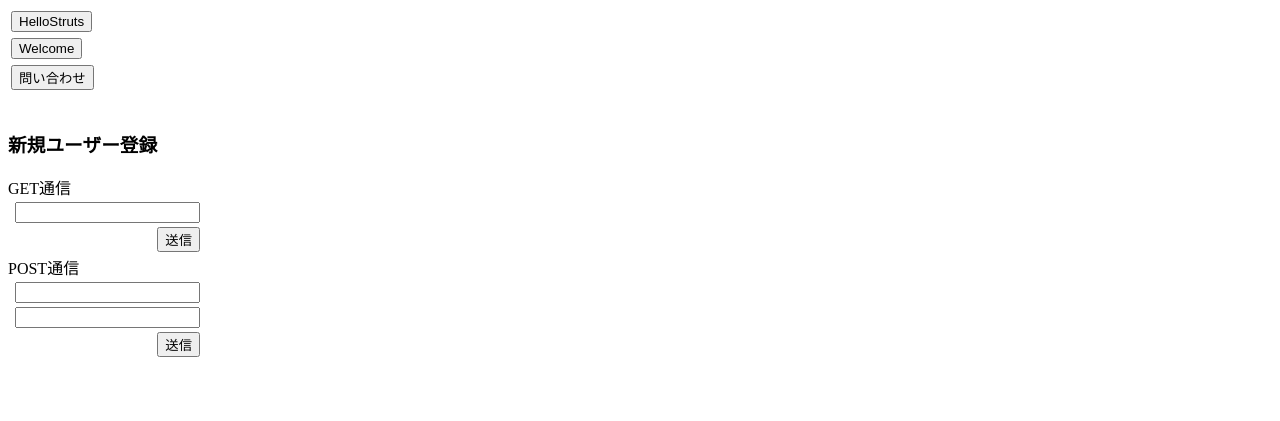
Repository: Wildbird-Yachou/test
Page: http://localhost/Webproj5/
These files come from the project's save history. The page is drawn as it stood at one moment and after the next save; the edit follows.
The browser window is 1280 px wide. The pictures show the whole page.
The page is served by Tomcat 9. Other server files are loaded and not shown.

Above is the page before, as saved 2018-08-17 11:39:41.

### Webproj5/WebContent/index.jsp
<%@ page language="java" contentType="text/html; charset=UTF-8"
    pageEncoding="UTF-8"%>
<%@ taglib prefix="s" uri="/struts-tags" %>
<!DOCTYPE html PUBLIC "-//W3C//DTD HTML 4.01 Transitional//EN" "http://www.w3.org/TR/html4/loose.dtd">
<html>
<head>
<meta http-equiv="Content-Type" content="text/html; charset=UTF-8">
<title>INDEX</title>
</head>
<body>
 <s:form action="HelloStrutsAction">
  <s:submit value="HelloStruts"/>
 </s:form>

 <s:form action="WelcomeAction">
 <s:submit value="Welcome"/>
 </s:form>

 <s:form action="InquiryAction">
  <s:submit value="問い合わせ"/>
  </s:form>

  <br>
  <h3>新規ユーザー登録</h3>
  GET通信
  <s:form method="get" action="TestAction">
  <s:textfield name="password"/>
  <s:submit value="送信"/>
  </s:form>
  POST通信
  <s:form method="post" action="TestAction">
  <s:textfield name="username"/>
  <s:password name="password"/>
  <s:submit value="送信"/>
  </s:form>


</body>
</html>

After the next save:
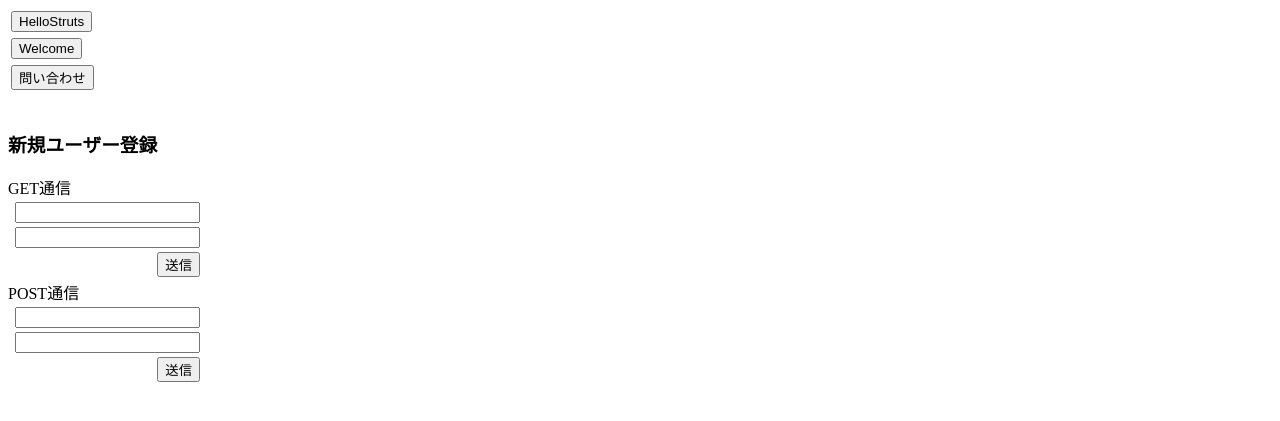
Saved 5 min 53 s later.
--- a/Webproj5/WebContent/index.jsp
+++ b/Webproj5/WebContent/index.jsp
@@ -24,6 +24,7 @@
   <h3>新規ユーザー登録</h3>
   GET通信
   <s:form method="get" action="TestAction">
+   <s:textfield name="username"/>
   <s:textfield name="password"/>
   <s:submit value="送信"/>
   </s:form>
